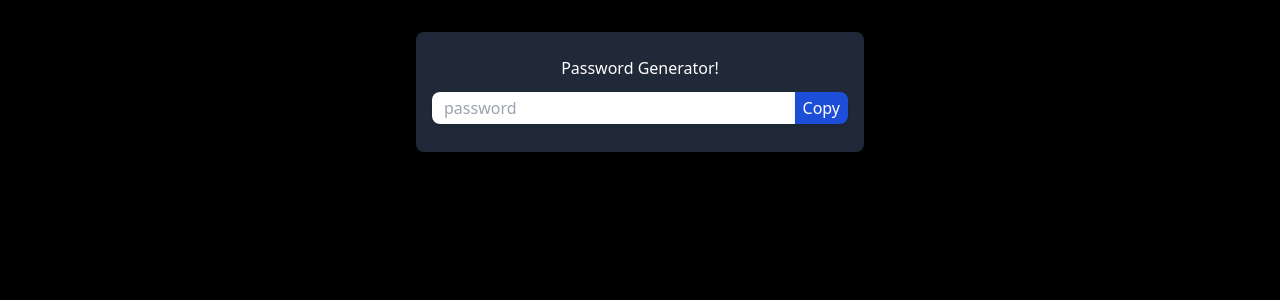
Repository: tirth2014/chai-aur-react
Page: / (app in 05_password-generator/)
An editor plug-in stored every save of this project. The page is shown before and after the next save, followed by the edit.
The browser window is 1280 px wide. The pictures show the whole page.
The project was rebuilt for these pictures with package versions that can differ from the ones it lists, and the page was loaded fresh each time. Also part of the build but not shown: 05_password-generator/vite.config.js.

Above is the page before, as saved 2023-10-07 16:50:29.

### 05_password-generator/src/App.jsx
import { useState } from 'react'

function App() {

  const [password, setPassword] = useState('');
  const [length, setLength] = useState(6);
  const [isNum, setIsNum] = useState(false);
  const [isSpecialChar, setisSpecialChar] = useState(false);



  return (
    <>
      <div className="w-full max-w-md mx-auto shadow-md rounded-lg px-4 py-3 my-8 bg-gray-800 text-orange-500">
        <h1 className='text-white text-center my-3'>Password Generator!</h1>
        <div className='flex shadow rounded-lg overflow-hidden mb-4'>
          <input
            type="text"
            value={password}
            placeholder='password'
            readOnly
            className='outline-none w-full py-1 px-3'
          />
          <button className='outline-none shadow bg-blue-700 text-white px-2 py-1 shrink-0'>Copy</button>
        </div>
        <div className='flex text-sm gap-x-2'>

        </div>
      </div>
    </>
  )
}

export default App

Loaded but not shown: 05_password-generator/index.html (common file); 05_password-generator/src/main.jsx (common file); 05_password-generator/src/index.css (common file); 05_password-generator/tailwind.config.js (common file)

After the next save:
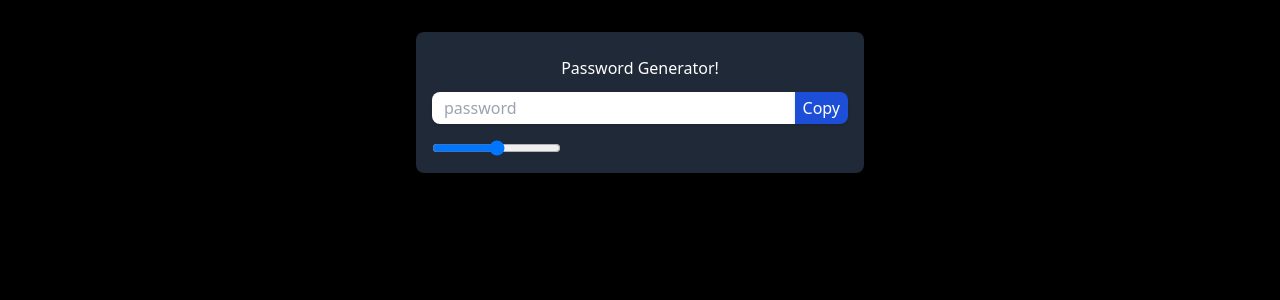
Saved 64 s later.
--- a/05_password-generator/src/App.jsx
+++ b/05_password-generator/src/App.jsx
@@ -24,6 +24,9 @@ function App() {
           <button className='outline-none shadow bg-blue-700 text-white px-2 py-1 shrink-0'>Copy</button>
         </div>
         <div className='flex text-sm gap-x-2'>
+          <div>
+            <input type="range" name="" id="pass-length"/>
+          </div>
 
         </div>
       </div>
